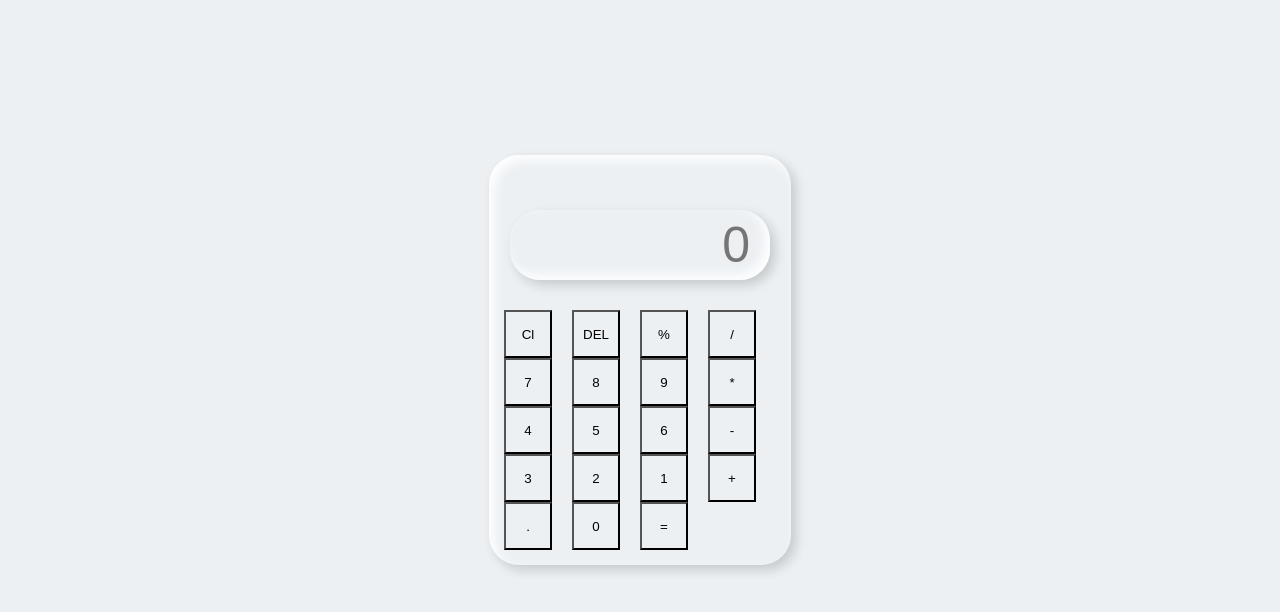
Repository: Mayur2905/OIBSIP
Page: Task-3/index.html
An editor plug-in stored every save of this project. The page is shown before and after the next save, followed by the edit.
The browser window is 1280 px wide. The pictures show the whole page.

Above is the page before, as saved 2022-02-02 13:53:22.

### Task-3/index.html
<!DOCTYPE html>
<html lang="en">
<head>
    <meta charset="UTF-8">
    <meta http-equiv="X-UA-Compatible" content="IE=edge">
    <meta name="viewport" content="width=device-width, initial-scale=1.0">
    <title>Clauculator</title>
    <link rel="stylesheet" href="style.css">
</head>
<body>
    <div class="container">
        <div class="calculator">
            <input type="text" placeholder="0">
            <button onclick="Clear()">Cl</button>
            <button onclick="del()">DEL</button>
            <button onclick="dispaly('%')">%</button>
            <button onclick="dispaly('%')">/</button>
            <button onclick="dispaly('7')">7</button>
            <button onclick="dispaly('8')">8</button>
            <button onclick="dispaly('9')">9</button>
            <button onclick="dispaly('*')">*</button>
            <button onclick="dispaly('4')">4</button>
            <button onclick="dispaly('5')">5</button>
            <button onclick="dispaly('6')">6</button>
            <button onclick="dispaly('-')">-</button>
            <button onclick="dispaly('3')">3</button>
            <button onclick="dispaly('2')">2</button>
            <button onclick="dispaly('1')">1</button>
            <button onclick="dispaly('+')">+</button>
            <button onclick="dispaly('.')">.</button>
            <button onclick="dispaly('0')">0</button>
            <button onclick="Calculate()">=</button>
        </div>

    </div>
</body>
</html>

### Task-3/style.css
* {
  margin: 0;
  padding: 0;
  box-sizing: border-box;
  background-color: #ecf0f3;
  font-family: sans-serif;
  outline: none;
}
.container {
  height: 100vh;
  display: flex;
  justify-content: center;
  align-items: center;
}
.calculator {
  background-color: #ecf0f3;
  padding: 15px;
  border-radius: 30px;
  box-shadow: inset 5px 5px 12px #ffffff, 5px 5px 12px rgba(0, 0, 0, 0.16);
  display: grid;
  grid-template-columns: repeat(4, 68px);
}
input {
  grid-column: span 4;
  height: 70px;
  width: 260px;
  background-color: #ecf0f3;
  box-shadow: inset -5px -5px 12px #ffffff, 5px 5px 12px rgba(0, 0, 0, 0.16);
  border: none;
  border-radius: 30px;
  color: rgb(70, 70, 70);
  font-size: 50px;
  text-align: end;
  margin: auto;
  margin-top: 40px;
  margin-bottom: 30px;
  padding: 20px;
}

button {
  height: 48px;
  width: 48px;
}

After the next save:
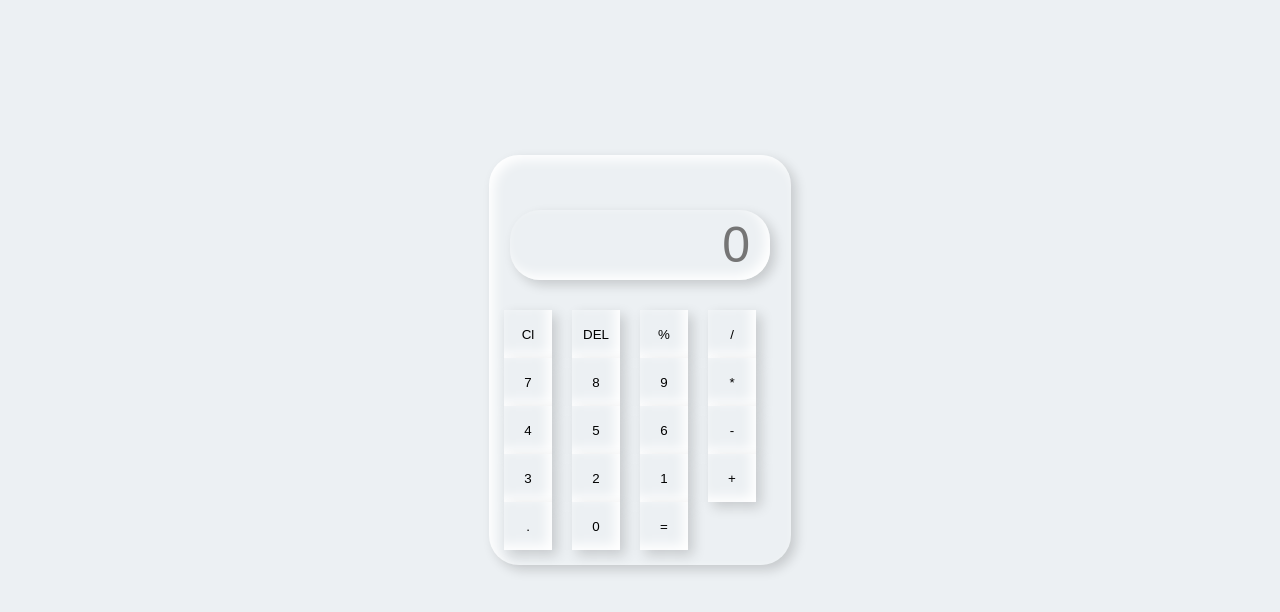
Saved 85 s later.
--- a/Task-3/style.css
+++ b/Task-3/style.css
@@ -40,4 +40,7 @@ input {
 button {
   height: 48px;
   width: 48px;
+  background-color: #ecf0f3;
+  box-shadow: inset -5px -5px 12px #ffffff, 5px 5px 12px rgba(0, 0, 0, 0.16);
+  border: none;
 }
